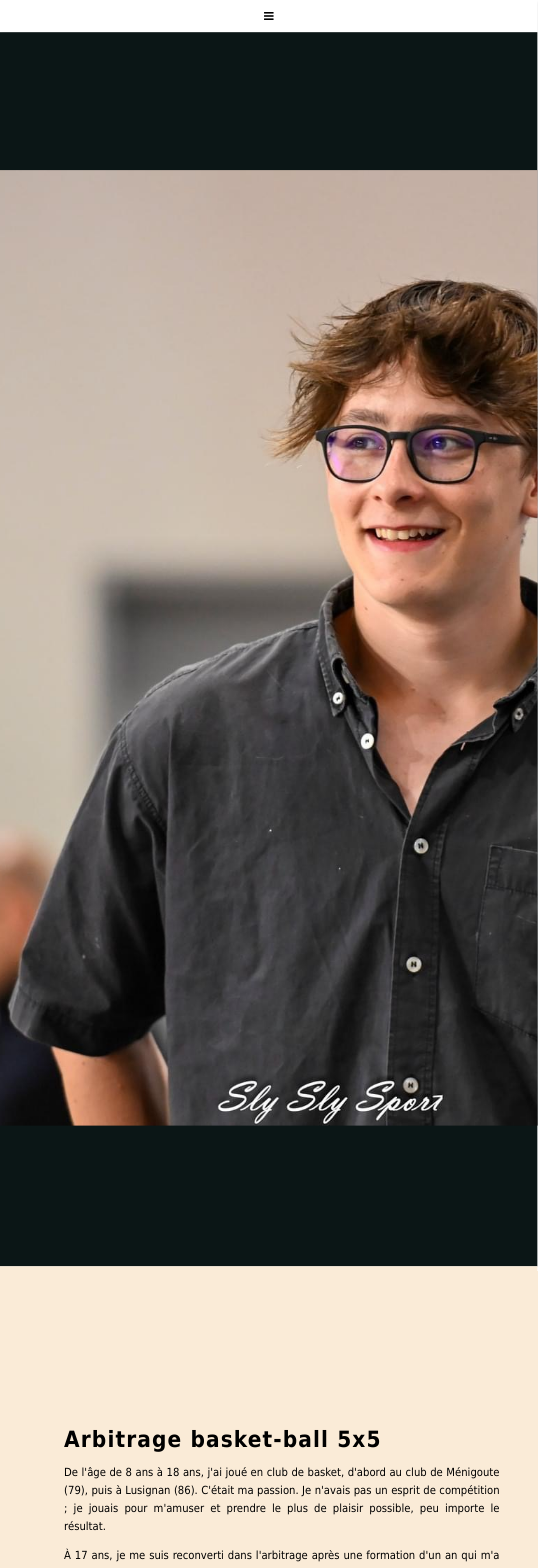
Repository: elliotfx/elliotfx.github.io
Page: html/apropos.html
An editor plug-in stored every save of this project. The page is shown before and after the next save, followed by the edit.
The browser window is 768 px wide. The pictures show the part of the page from y = 0 to 2240 px (the page is 6129 px tall before and 5230 px after), at 70% of full size.

Above is the page before, as saved 2025-03-20 21:23:06.

After the next save:
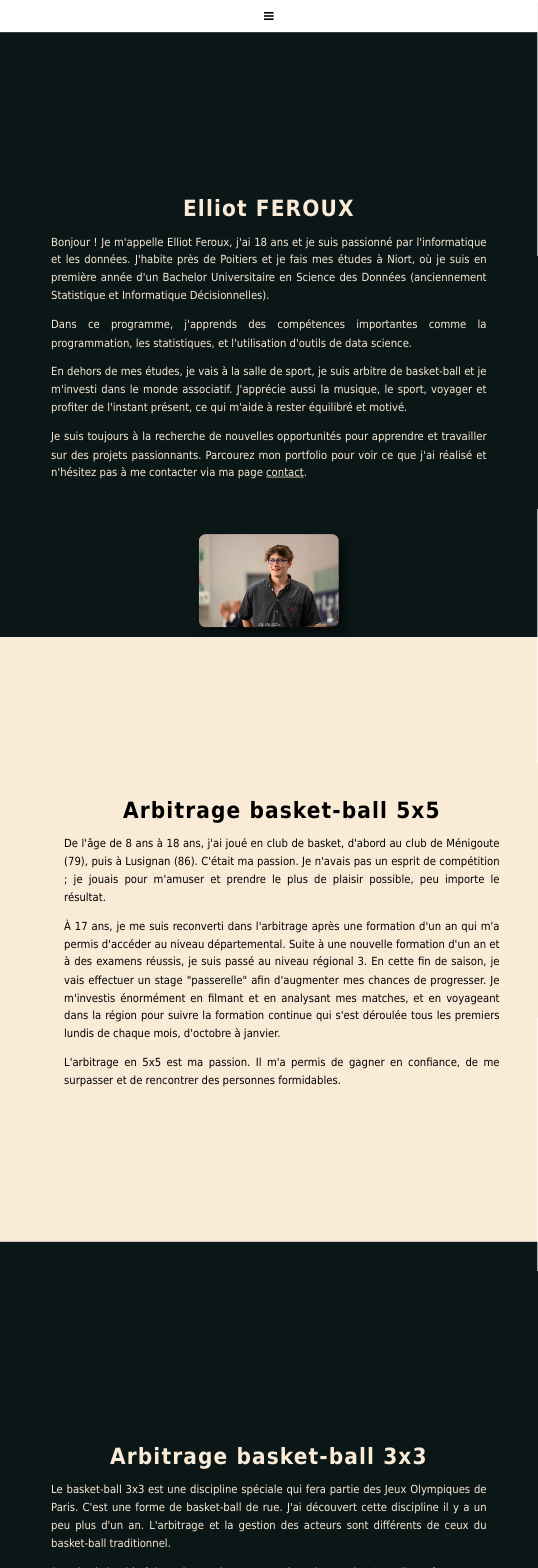
Saved 116 s later.
--- a/css/apropos.css
+++ b/css/apropos.css
@@ -94,25 +94,38 @@
 }
 
 @media screen and (max-width: 900px) {
-    .image-block{
+    .image-block {
         display: none;
     }
 
-    .text-block{
+    .text-block {
         width: 90%;
+        text-align: center;
     }
 
-    .img-bas{
-        display: block;
-        position:relative;
+    .container {
+        flex-direction: column;
+        align-items: center;
+        text-align: center;
+        position: relative;
     }
 
-    .image-bas img {
+    .img-bas {
+        display: block;
         position: absolute;
-        width: 80%;
+        bottom: 10px;
+        left: 50%;
+        transform: translateX(-50%);
+        width: 50%;  /* Ajuste la taille */
+        max-width: 200px; /* Évite que l’image devienne trop grande */
+    }
+
+    /* Correction : C’était `.image-bas img` au lieu de `.img-bas img` */
+    .img-bas img {
+        width: 100%;
+        max-width: 200px; /* Taille max */
         height: auto;
         border-radius: 10px;
         box-shadow: 8px 8px 10px 0 rgba(0, 0, 0, 0.5);
-      }
-
+    }
 }
